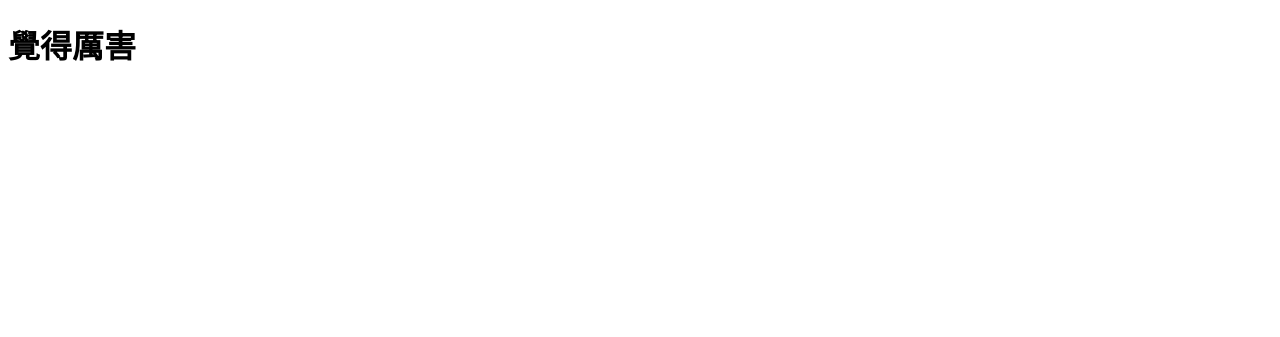
Repository: hn-yu/hn-yu.github.io
Page: index.html
The author's editor kept a copy of each file at every save. The page is drawn from the files as they stood at one save, then again after the next save.
The browser window is 1280 px wide. The pictures show the whole page.

Above is the page before, as saved 2023-03-30 05:59:42.

After the next save:
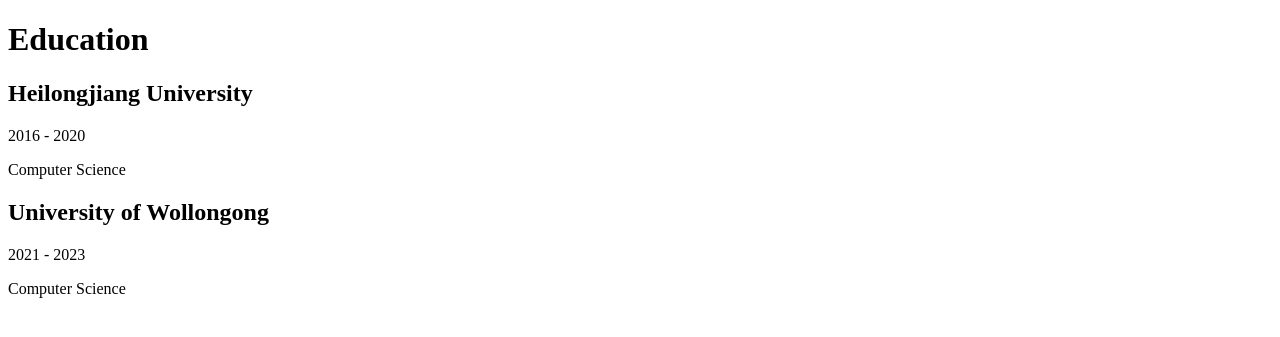
Saved 11 min 19 s later.
--- a/index.html
+++ b/index.html
@@ -2,9 +2,19 @@
 <html>
   <head>
     <meta charset="utf-8">
-    <title>你好，GitHub</title>
+    <title>Haonan Yu</title>
   </head>
   <body>
-    <h1>覺得厲害</h1>
+    <h1>Education</h1>
+    <div>
+      <h2>Heilongjiang University</h2>
+      <p>2016 - 2020</p>
+      <p>Computer Science</p>
+    </div>
+    <div>
+      <h2>University of Wollongong</h2>
+      <p>2021 - 2023</p>
+      <p>Computer Science</p>
+    </div>
   </body>
 </html>
